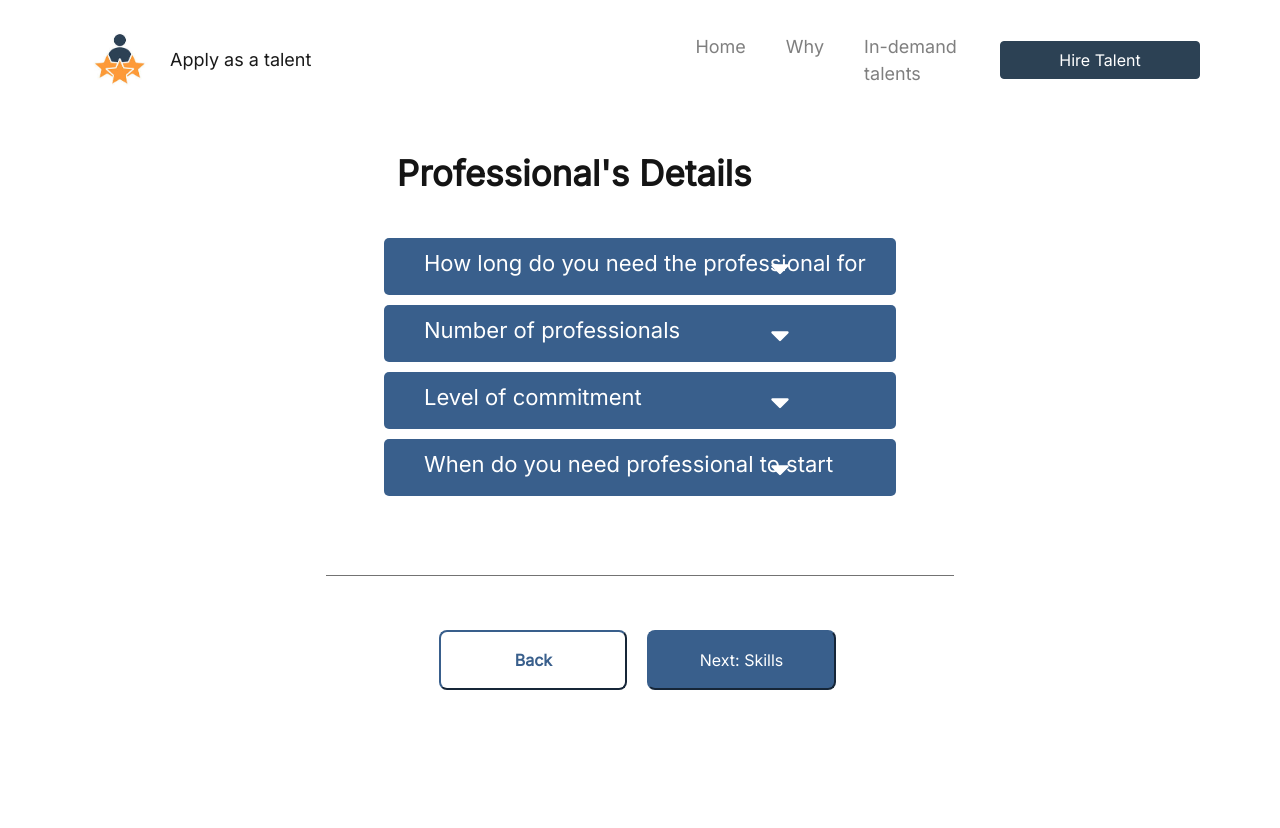
Repository: Ashwe9/talent-hire-reactJs
Page: /professionaldetails
These files come from the project's save history. The page is drawn as it stood at one moment and after the next save; the edit follows.
The browser window is 1280 px wide. The pictures show the whole page.
The project was rebuilt for these pictures with package versions that can differ from the ones it lists, and the page was loaded fresh each time. Also part of the build but not shown: src/homePage/components/TrustedBy/TrustedBy.css, src/homePage/components/TrustedBy/TrustedBy.js, src/homePage/components/Roles/Roles.css, src/homePage/components/Roles/Roles.js, src/homePage/components/homePageFooter/HomePageFooter.css, src/homePage/components/homePageFooter/HomePageFooter.js, src/homePage/HomePage.js, src/kpisPage/Header.css and 11 more.

Above is the page before, as saved 2022-08-22 16:57:11.

### public/index.html
<!DOCTYPE html>
<html lang="en">
  <head>
    <meta charset="utf-8" />
    <link rel="icon" href="%PUBLIC_URL%/favicon.ico" />
    <meta name="viewport" content="width=device-width, initial-scale=1" />
    <meta name="theme-color" content="#000000" />
    <meta
      name="description"
      content="Web site created using create-react-app"
    />
    <link rel="manifest" href="%PUBLIC_URL%/manifest.json" />
    <link rel="stylesheet" href="https://stackpath.bootstrapcdn.com/bootstrap/4.4.1/css/bootstrap.min.css" integrity="sha384-Vkoo8x4CGsO3+Hhxv8T/Q5PaXtkKtu6ug5TOeNV6gBiFeWPGFN9MuhOf23Q9Ifjh" crossorigin="anonymous">
    <link href='https://fonts.googleapis.com/css?family=Inter' rel='stylesheet'>

    <title>App</title>
  </head>
  <body>
    <noscript>You need to enable JavaScript to run this app.</noscript>
    <div id="root"></div>
    <script src="https://code.jquery.com/jquery-3.4.1.slim.min.js" integrity="sha384-J6qa4849blE2+poT4WnyKhv5vZF5SrPo0iEjwBvKU7imGFAV0wwj1yYfoRSJoZ+n" crossorigin="anonymous"></script>
    <script src="https://cdn.jsdelivr.net/npm/popper.js@1.16.0/dist/umd/popper.min.js" integrity="sha384-Q6E9RHvbIyZFJoft+2mJbHaEWldlvI9IOYy5n3zV9zzTtmI3UksdQRVvoxMfooAo" crossorigin="anonymous"></script>
    <script src="https://stackpath.bootstrapcdn.com/bootstrap/4.4.1/js/bootstrap.min.js" integrity="sha384-wfSDF2E50Y2D1uUdj0O3uMBJnjuUD4Ih7YwaYd1iqfktj0Uod8GCExl3Og8ifwB6" crossorigin="anonymous"></script>  </body>
</html>

### src/App.js
import React from 'react'
import { BrowserRouter as Router, Route, Routes, Navigate } from 'react-router-dom';
import { HomePage } from './homePage/HomePage';
import KPISPage from './kpisPage/KPISPage';
import ProjectDetails from './projectDetails/ProjectDetails';
import ProfessionalDetails from './professionalDetails/ProfessionalDetails';

function App() {
  return (
    <Router>
      <Routes>
        <Route exact path="*" element={<Navigate to="/" replace />}/>
        <Route exact path="/" element={<HomePage />} />
        <Route exact path="/kpis" element={<KPISPage />} />
        <Route exact path="/projectdetails" element={<ProjectDetails />} />
        <Route exact path="/professionaldetails" element={<ProfessionalDetails />} />

      </Routes>
    </Router>
  );
}

export default App;

### src/professionalDetails/ProfessionalDetails.js
import React from 'react'
import './ProfessionalDetails.css'
import { Navbar } from '../shared-components/Navbar/Navbar'
import { Footer } from '../shared-components/Footer/Footer'
import DropDown from './DropDown'
import Header from './Header'

const ProfessionalDetails = () => {
  return (
    <div>
      <Navbar />
      <Header />
      <DropDown title="How long do you need the professional for"/>
      <DropDown title="Number of professionals"/>
      <DropDown title="Level of commitment"/>
      <DropDown title="When do you need professional to start"/>
      <Footer nextTitle="Next: Skills" nextPath="/skills" previousPath="/projectdetails" />
    </div>
  )
}

export default ProfessionalDetails

### src/shared-components/Navbar/Navbar.js
import React from 'react'
import './Navbar.css'
import { Navigate, useNavigate } from 'react-router-dom'

export const Navbar = () => {
  let navigate = useNavigate();

  return (
    <nav className="navbar navbar-expand-lg navbar-light">
      <img src= {require('../../assets/icon.png')} className="icon"/>
      <a className="navbar-brand title" href="#">Apply as a talent</a>
      <button className="navbar-toggler" type="button" data-toggle="collapse" data-target="#navbarText" aria-controls="navbarText" aria-expanded="false" aria-label="Toggle navigation">
        <span className="navbar-toggler-icon"></span>
      </button>
      <div className="collapse navbar-collapse" id="navbarText">
        <ul className="navbar-nav mr-auto">
          <li className="nav-item">
            <a className="nav-link" href="" onClick={() => {
                navigate('/', { replace: true });
              } }>Home</a>
          </li>

          <li className="nav-item">
            <a className="nav-link" href="#">Why</a>
          </li>
          <li className="nav-item">
            <a className="nav-link" href="#">In-demand talents</a>
          </li>
        </ul>
        <span className="navbar-text">
          <button className='btn btn-dark navbar-btn'>Hire Talent</button>
        </span>
      </div>
    </nav>
  )
}

### src/shared-components/Footer/Footer.js
import React from 'react'
import './Footer.css'
import { useNavigate  } from 'react-router-dom'


export  const Footer = ({nextTitle, nextPath, previousPath}) => {

  let navigate = useNavigate();

  const goNext = () => {
    let path =  nextPath;
    navigate(path);
  };
  const goBack = () => {
    let path =  previousPath;
    navigate(path);
  };

  return (
      <footer>
        <div className='Footer-box'>
            <hr id="footer-line"/>
            <div className='buttons'>
              <button className='Footer-button-back'
              onClick={goBack}
                >Back</button>

              <button className='Footer-button-next'
              onClick={goNext}
                >{nextTitle}</button>
        </div>
        </div>
      </footer>
    )
  }

### src/professionalDetails/DropDown.js
import {FaCaretDown, FaCaretUp} from 'react-icons/fa'
import React , { useState } from 'react'
import './DropDown.css'
import Details from './Details'


const DropDown = ({title}) => {
    const [x, setCount] = useState(0);
    const incrementCount = () => {
        setCount(x + 1);
      };

  return (
    <div>
        <div className='dropdowns-box' onClick={incrementCount} >
            <p className='dropdowns-title'>{title}</p>
            <a> { x%2===0 ? <FaCaretDown id='icons' size={30} style={{}} /> : <FaCaretUp id='icons' size={30} style={{}} />}</a>
        </div>
        {x%2===1 ? <Details title={title} /> : <></>}
    </div>
  )
}

export default DropDown

### src/professionalDetails/Header.js
import React from 'react'

const Header = () => {
  return (
    <div className='headers-box'>
        <p className='header'>
            Professional's Details
        </p>
    </div>
  )
}

export default Header

### src/shared-components/Navbar/Navbar.css
.icon{
    width: 80px;
}

.title{
    font-family: "Inter";
    font-style: normal;
    font-weight: 500;
    font-size: 18px;
    line-height: 28px;
    align-items: center;
    color: #444444;
    padding-left: 10px;
}

#navbarText{
    margin-left: 30%;
}
.navbar-items{
    margin: 0 35%;

}

.nav-item{
    font-family: "Inter";
    font-style: normal;
    font-weight: 500;
    font-size: 18px;
    align-items: center;
    color: #444444;
    padding-left: 24px;
}

.navbar-btn{
    font-family: "Inter";
    font-style: bold;
    background: #2c4154;
    /* padding: 5px 50px; */
    border-color: #2c4154;
    width: 200px;
}

.navbar{
    margin: 10px 5%;
}

@media only screen and (max-width: 600px) {
    body {
      background-color: lightblue;
    }
  }

### src/shared-components/Footer/Footer.css
#footer-line{
    background-color: gray;
    width: 50%;
}

.Footer-box{
    margin-top: 50px;
    padding: 1%;
}

.buttons{
    display: flex;
}

.Footer-button-back{
    margin-top: 3%;
    /* margin-left: 30%; */
    font-family: "Inter";
    font-style: bolder;
    font-weight: 700;
    padding: 1% 1%;
    background-color: white;
    border-color: #395f8c;
    color: #395f8c;
    height: 60px;
    width: 15%;
    border-radius: 0.5rem;
    margin-left: 34%;
    margin-bottom: 10%;
}
.Footer-button-next{
    margin-top: 3%;
    /* margin-left: 30%; */
    font-family: "Inter";
    font-style: bold;
    font-weight: 500;
    background: #395f8c;
    border-color: #395f8c;
    padding: 1% 1%;
    height: 60px;
    width: 15%;
    border-radius: 0.5rem;
    margin-bottom: 10%;
    margin-left: 20px;
    color: white;
    line-height: 1;
}

@media only screen and (max-width: 700px) {
    #footer-line{
        background-color: gray;
        width: 80%;
    }
    .Footer-button-next{
        padding: 2% ;
        height: 10%;
        width: fit-content;
        margin-left: 5%;
        font-size: 12px;
    }
    .Footer-button-back{
        padding: 2% ;
        height: 10%;
        width: 20%;
        margin-left: 20%;
        font-size: 12px;
    }
}

### src/projectDetails/Header.css
.headers-box{
    padding: 3%;
    padding-bottom: 0%;
    align-items: center;
    width: 40%;
    margin-left: 28%;
}

.header{
    font-family: "Inter";
    font-style: bolder;
    font-weight: 800;
    font-size: 35px;
    line-height: 30px;
    align-items: center;
    color: #141414;
    margin-bottom: 50px;
}

.header-by-title{
    font-family: "Inter";
    font-style: bolder;
    font-weight: 700;
    font-size: 25px;
    line-height: 30px;
    align-items: center;
    color: #141414;
}


@media only screen and (max-width: 700px) {

    .header-by-title{
        font-size: 16px;
    }

    .header-box{
        margin-left: 40px;
        width: 100%;
    }
  }
@media only screen and (max-width: 450px) {
    .header-by-title{
        font-size: 13px;
    }
    .header-box{
        margin-left: 70px;
        width: 100%;
    }
}

### src/professionalDetails/DropDown.css
.dropdowns-box{
    padding-top: 10px;
    padding-bottom: 1px;
    width: 40%;
    background-color: #395f8c;
    border-radius: 5px;
    display: flex;
    cursor: pointer;
    margin-bottom: 10px;
    margin-left: 30%;

}

.dropdowns-title{
    font-family: "Inter";
    font-style: bolder;
    font-weight: 300;
    font-size: 22px;
    line-height: 30px;
    align-items: center;
    color: white;
    margin-left: 40px;
}

#icons{
    color: white;
    position:absolute;
    right:480px;
}


@media only screen and (max-width: 700px) {

    .dropdowns-title{
        font-size: 16px;
        margin-left: 15px;
    }

    .dropdowns-box{
        margin-left: 60px;
        width: 75%;
    }
    #icon{
        opacity: 0;
    }
  }
@media only screen and (max-width: 450px) {
    .dropdowns-title{
        font-size: 11px;
        margin-left: 0;
    }
    .dropdowns-box{
        margin-left: 30px;
        width: 60%;
    }

    #icon{
        opacity: 0;
    }
}

### src/kpisPage/Talents.css
.talents-box{
    margin-left: 515px;
}

.talent-item-active{
    background: #FFFFFF;
    border: 1px solid #395F8C;
    box-sizing: border-box;
    box-shadow: 0px 4px 14px 1px rgba(0, 0, 0, 0.04);
    border-radius: 6px;
    display: flex;
    padding: 10px;
    padding-right: 32px;
    width: fit-content;
    margin-right: 10px;
}

#icons{
    color: #395F8C;
    position:absolute;
    margin-top: 5px;
    margin-left: 15px;
    margin-right: 5px;
}

.talent-item{
    opacity: 0.8;
    background: #f0f0f0;
    border: 0.2px solid #f0f0f0;
    box-sizing: border-box;
    box-shadow: 0px 2px 14px 1px rgba(0, 0, 0, 0.06);
    border-radius: 6px;
    display: flex;
    padding: 10px;
    padding-right: 32px;
    width: fit-content;
    margin-right: 10px;
}


.talent-item-paragraph-active{
    font-family: "Inter";
    font-style: normal;
    font-weight: bolder;
    font-size: 16px;
    display: flex;
    align-items: center;
    color: #395f8c;
}

.talent-item-paragraph{
    font-family: "Inter";
    font-style: normal;
    font-weight: normal;
    font-size: 16px;
    display: flex;
    align-items: center;
    opacity: 0.8;
    color: #8692a6;
}


@media only screen and (max-width: 700px) {
    h2{
        font-size: 20px;
    }
    .talent-item-paragraph-active{
        font-size: 10px;
    }

    .talent-item-paragraph{
        font-size: 10px;
    }
    .talents-question{
        font-size: 14px;
    }

  }
@media only screen and (max-width: 450px) {
    h2{
        font-size: 14px;
    }
    .talent-item-paragraph-active{
        font-size: 8px;
    }

    .talent-item-paragraph{
        font-size: 8px;
    }
    .talents-question{
        font-size: 10px;
    }
}

input[type="checkbox"] { /* change "blue" browser chrome to yellow */
    filter: invert(20%) hue-rotate(15deg) brightness(1.4);
  }

Loaded but not shown: src/index.js (common file); src/reportWebVitals.js (common file); src/index.css (no stored copy; drawn as an empty file); src/kpisPage/KPISPage.css (no stored copy; drawn as an empty file); src/professionalDetails/ProfessionalDetails.css (no stored copy; drawn as an empty file)

After the next save:
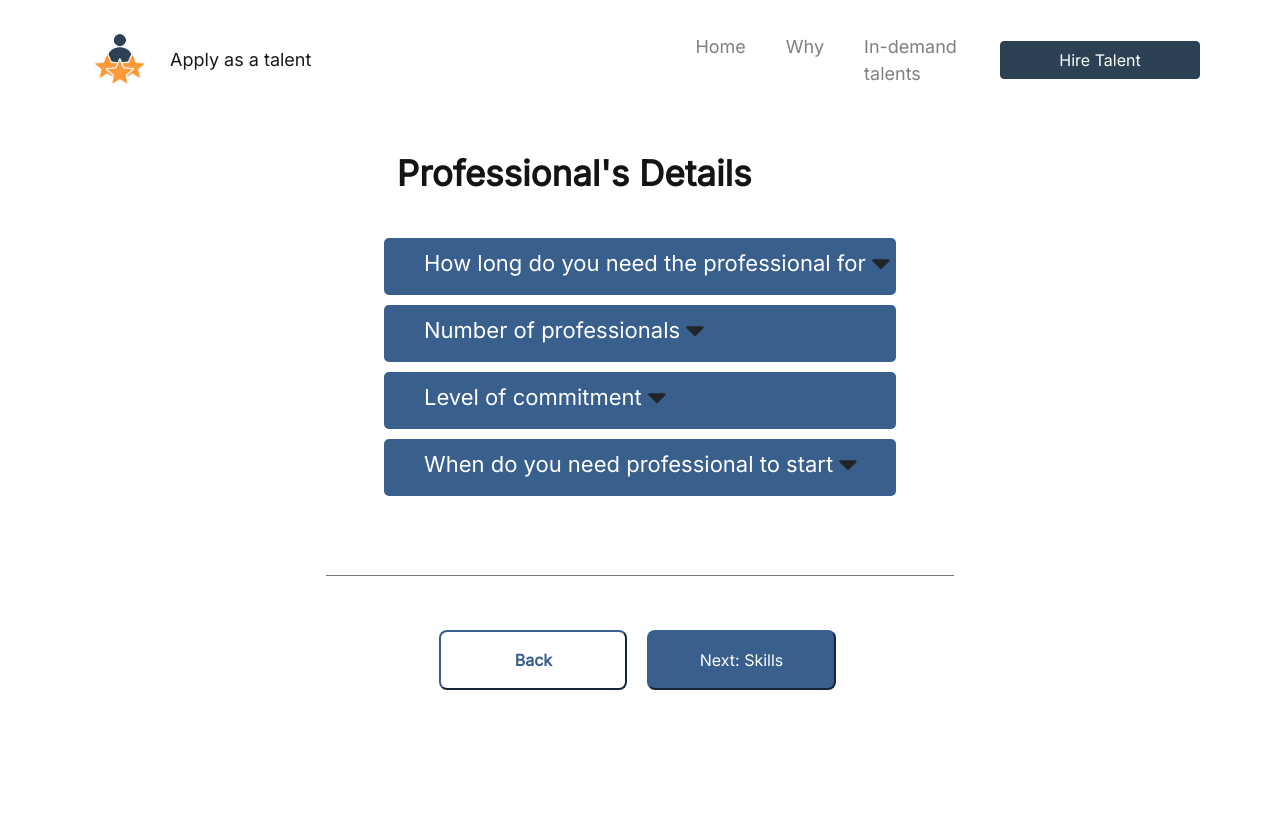
Saved 4 min 5 s later.
--- a/src/professionalDetails/DropDown.js
+++ b/src/professionalDetails/DropDown.js
@@ -14,7 +14,7 @@ const DropDown = ({title}) => {
     <div>
         <div className='dropdowns-box' onClick={incrementCount} >
             <p className='dropdowns-title'>{title}</p>
-            <a> { x%2===0 ? <FaCaretDown id='icons' size={30} style={{}} /> : <FaCaretUp id='icons' size={30} style={{}} />}</a>
+            <a> { x%2===0 ? <FaCaretDown id='fleche' size={30} style={{}} /> : <FaCaretUp id='fleche' size={30} style={{}} />}</a>
         </div>
         {x%2===1 ? <Details title={title} /> : <></>}
     </div>
